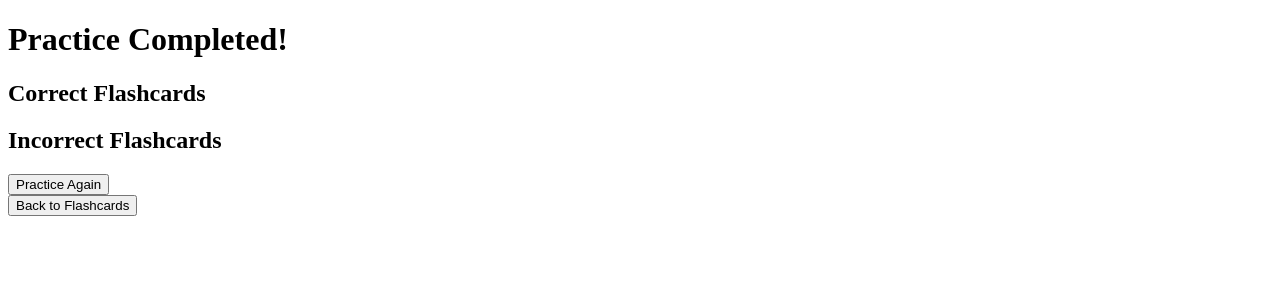
Repository: Oriyin/Algorithm_StudyHelper
Page: http://localhost/practice_completed
An editor plug-in stored every save of this project. The page is shown before and after the next save, followed by the edit.
The browser window is 1280 px wide. The pictures show the whole page.
The page is served by the project's application, run on Flask 3 (backend/app.py).

Above is the page before, as saved 2024-10-11 13:27:42.

After the next save:
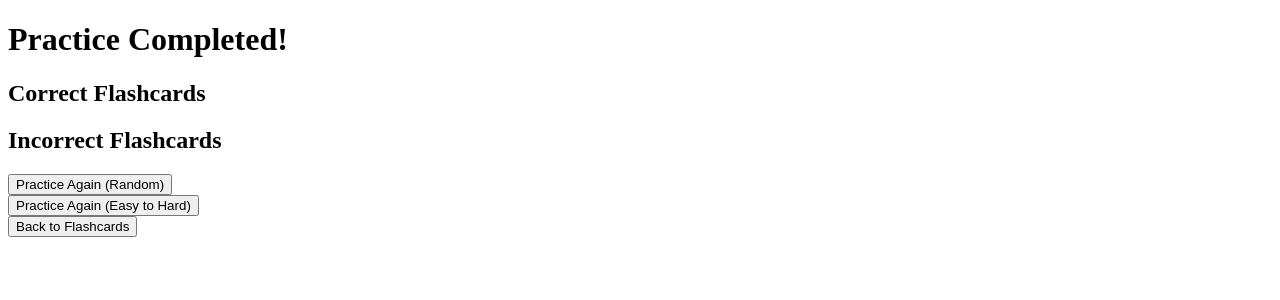
Saved 29 s later.
--- a/templates/practice_completed.html
+++ b/templates/practice_completed.html
@@ -23,10 +23,16 @@
         {% endfor %}
     </ul>
 
-    <!-- Button to practice again -->
-    <form method="GET" action="{{ url_for('practice_again') }}">
-        <button type="submit">Practice Again</button>
-    </form>
+    <!-- Button for practicing again with random order -->
+<form method="GET" action="{{ url_for('practice_again') }}">
+    <button type="submit">Practice Again (Random)</button>
+</form>
+
+<!-- Button for practicing again sorted by difficulty (Easy to Hard) -->
+<form method="GET" action="{{ url_for('practice_again', sort_mode='easy_to_hard') }}">
+    <button type="submit">Practice Again (Easy to Hard)</button>
+</form>
+
 
     <!-- Button to go back to the flashcards main page -->
     <form method="GET" action="{{ url_for('manage_flashcards') }}">
